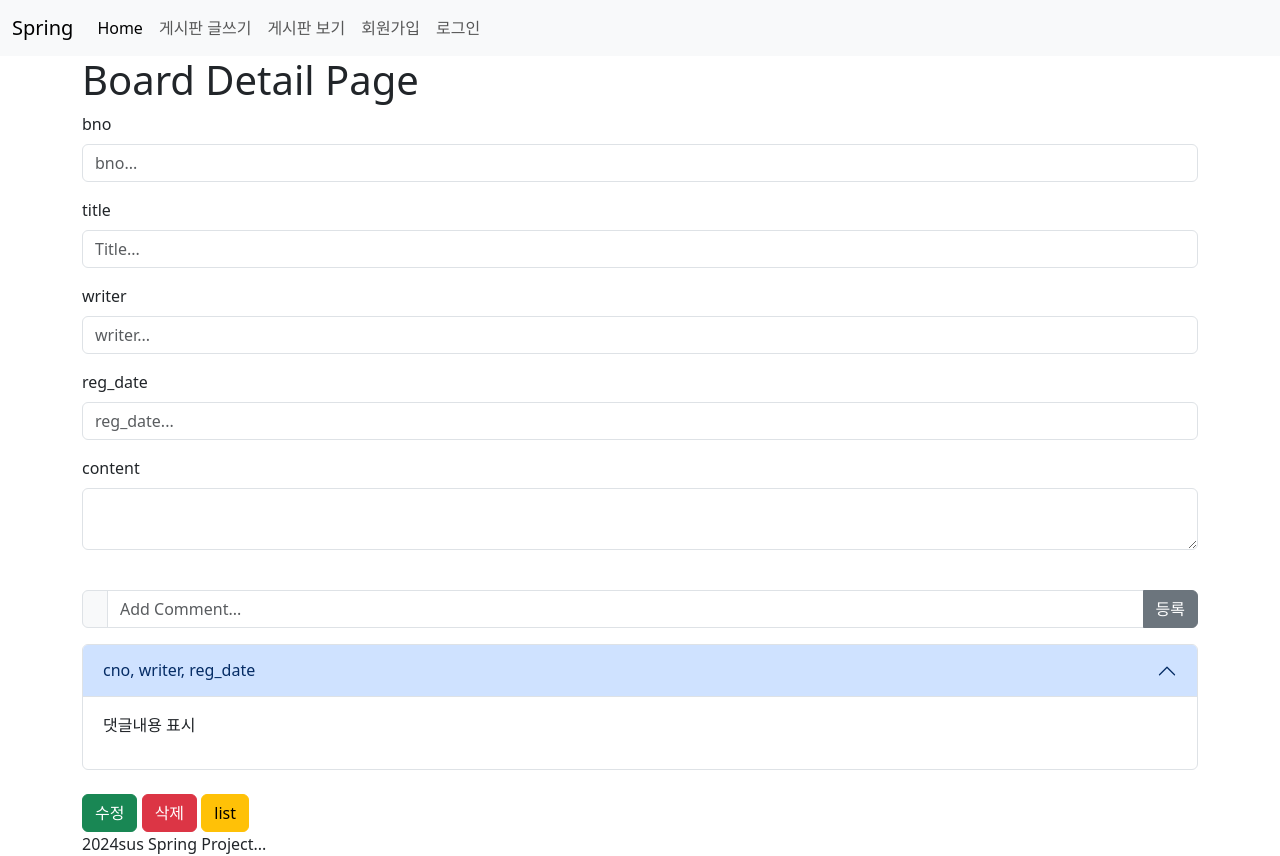
Repository: Ceciliaseon/springTest20240430
Page: http://localhost/spring_study/WEB-INF/views/board/detail.jsp
These files come from the project's save history. The page is drawn as it stood at one moment and after the next save; the edit follows.
The browser window is 1280 px wide. The pictures show the whole page.
The page is served by Tomcat 9. Nobody is signed in. The template is opened directly, without the code that normally fills it, so the values that code supplies are empty.

Above is the page before, as saved 2024-04-26 03:05:45.
Console error: ReferenceError: bnoVal is not defined

After the next save:
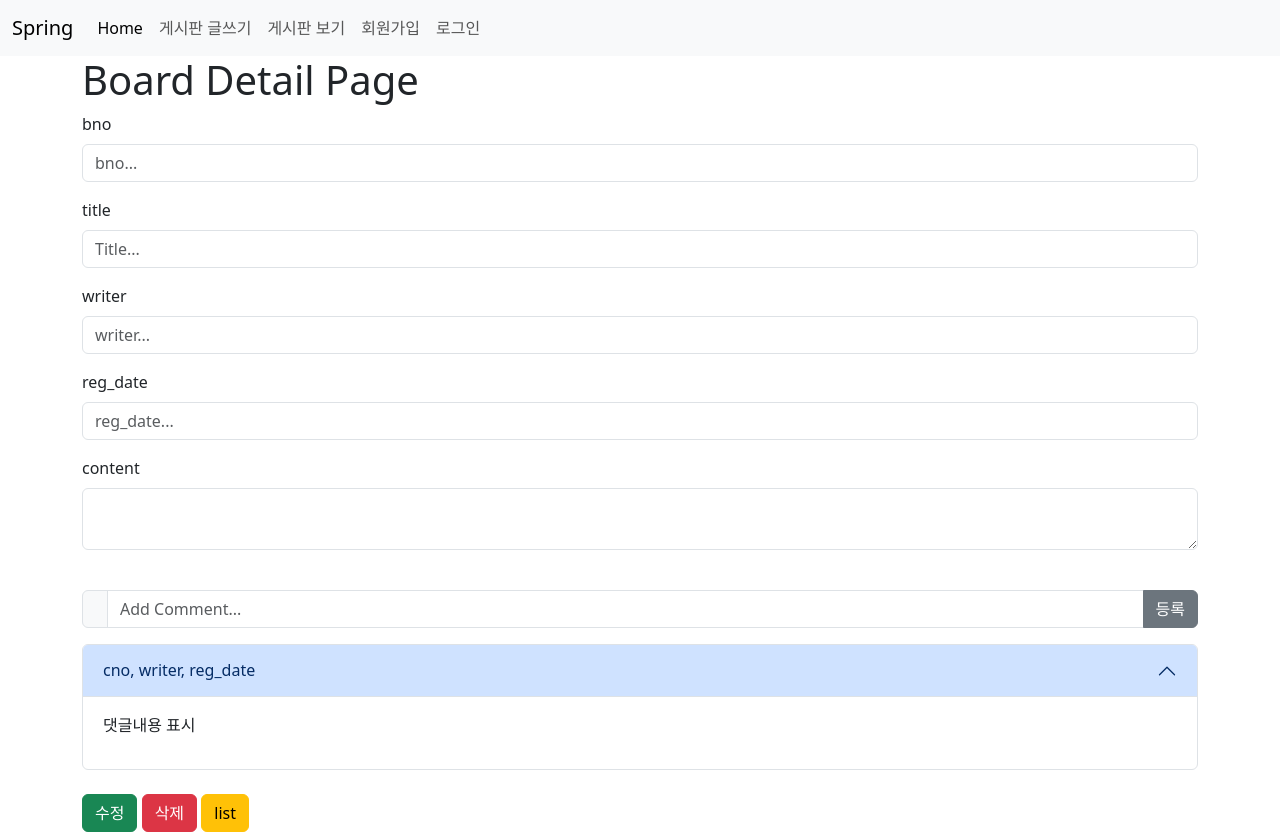
The error is gone.
Saved 4 s later.
--- a/spring_study/src/main/webapp/WEB-INF/views/board/detail.jsp
+++ b/spring_study/src/main/webapp/WEB-INF/views/board/detail.jsp
@@ -60,9 +60,7 @@
 		<a href="/board/list"><button type="button" class="btn btn-warning">list</button></a>
 </div>
 
-<script type="text/javascript" src="/resources/js/board.detail.comment.js">
-
-</script>
+<script type="text/javascript" src="/resources/js/board.detail.comment.js" />
 
 
 <jsp:include page="../layout/footer.jsp" />
